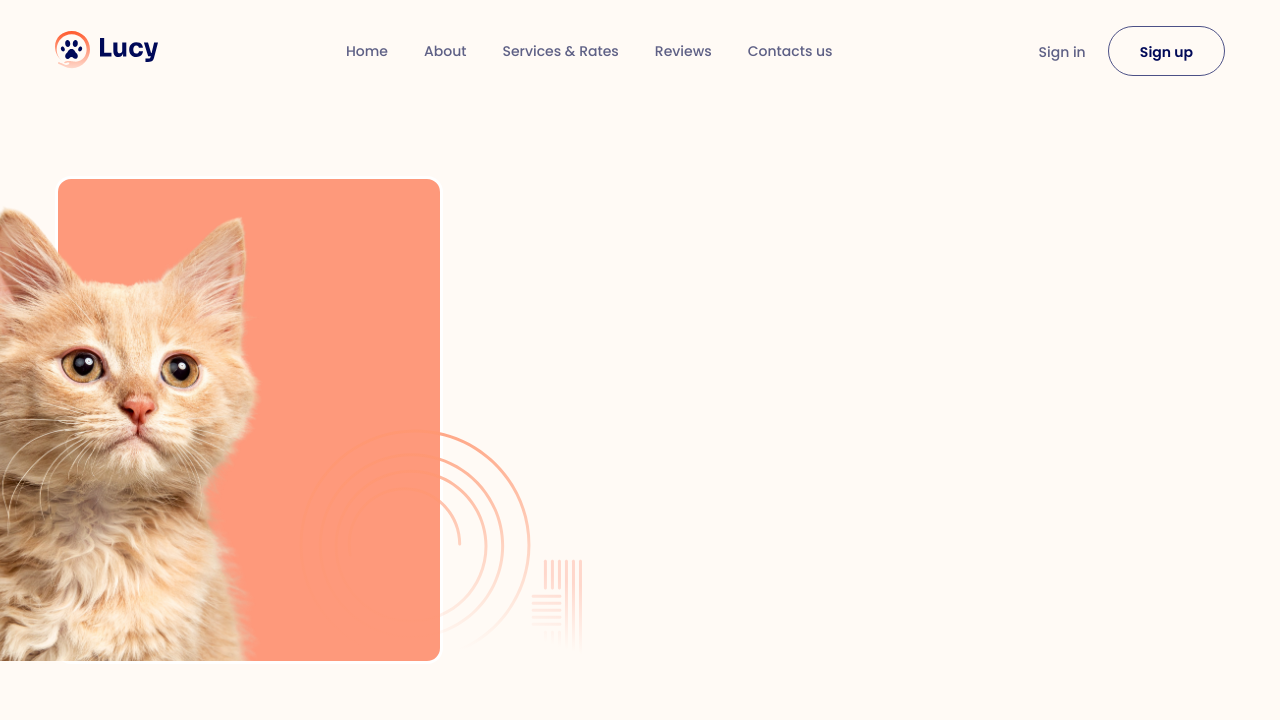
Repository: empty24062002/f8-project-05
Page: index.html
These files come from the project's save history. The page is drawn as it stood at one moment and after the next save; the edit follows.
The browser window is 1280 px wide. The pictures show the whole page.

Above is the page before, as saved 2023-09-09 17:21:11.

After the next save:
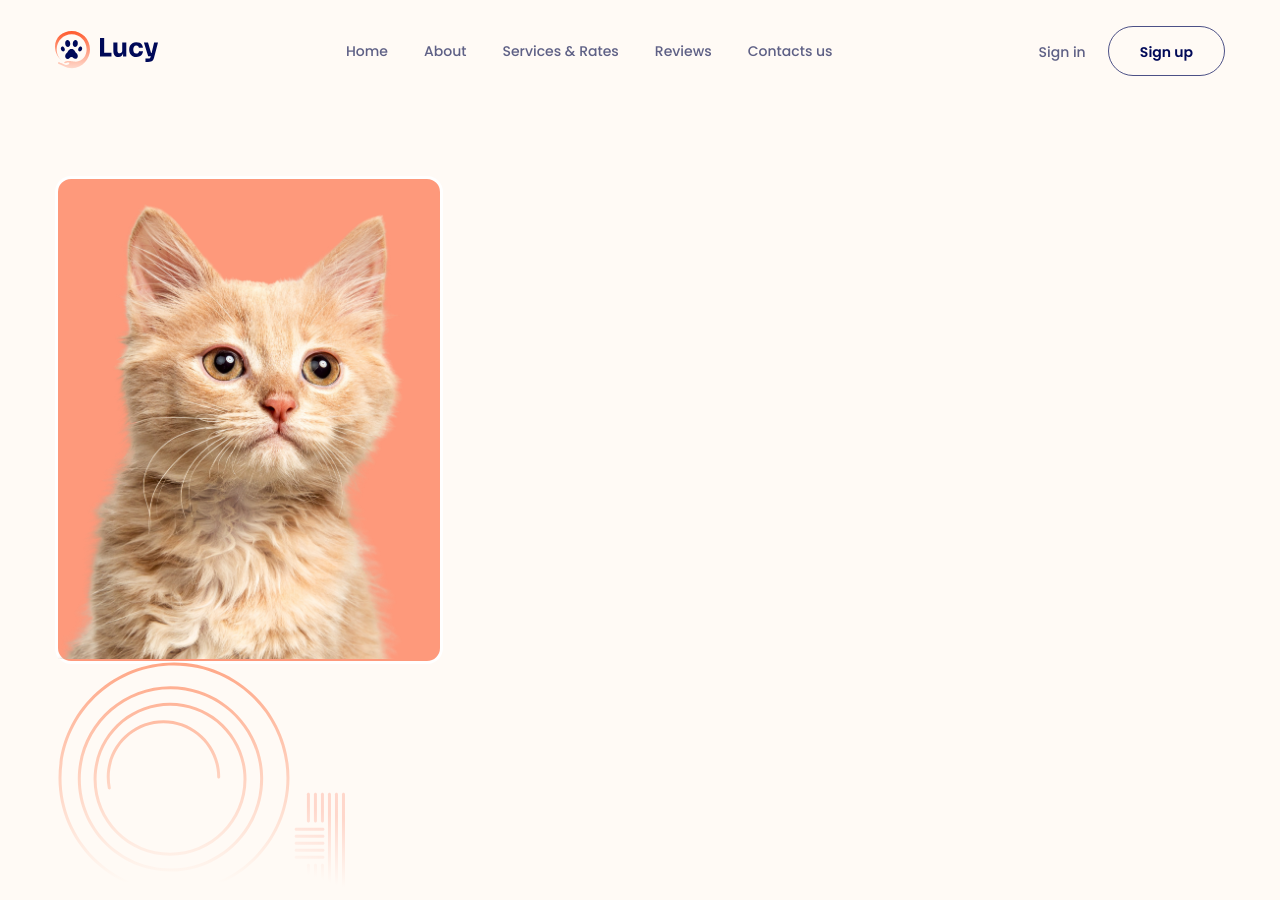
Saved 2 min 8 s later.
--- a/assets/css/styles.css
+++ b/assets/css/styles.css
@@ -107,9 +107,6 @@ a {
 }
 
 .hero__img-wrap {
-    display: flex;
-    justify-content: center;
-    align-items: flex-end;
     width: 388px;
     height: 488px;
     border: 3px solid #fff;
